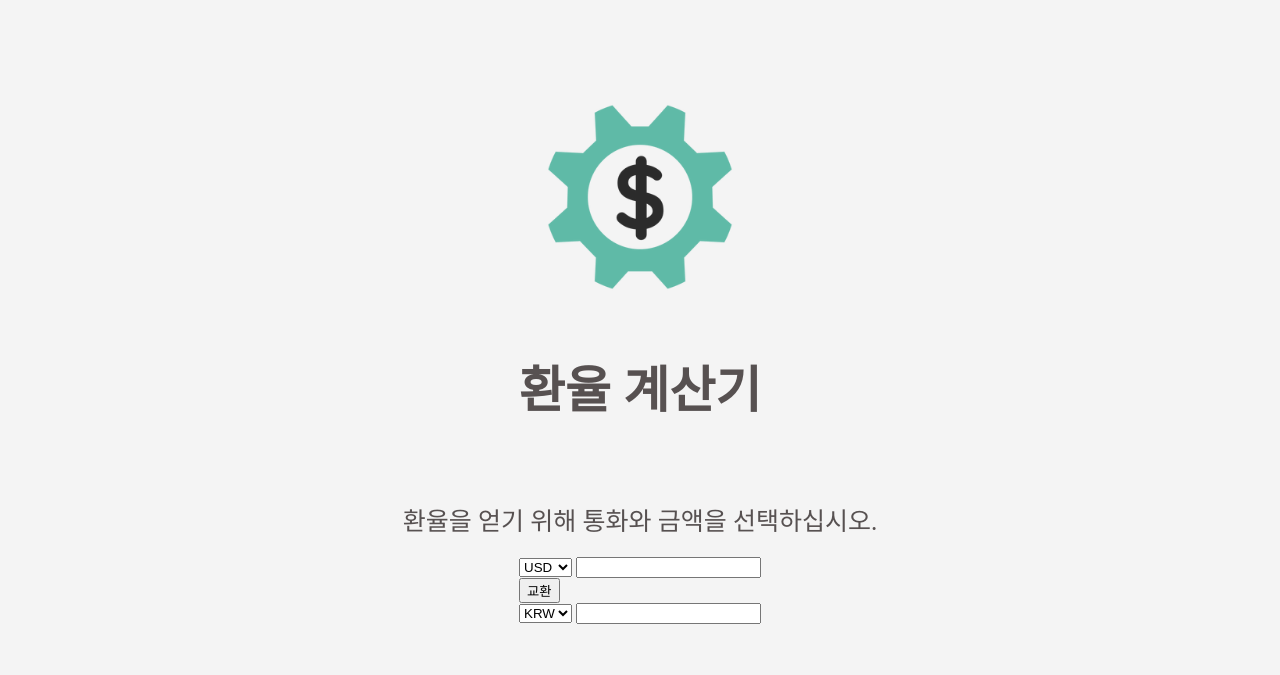
Repository: AbrorjonKuchkarov/exchange-rate
Page: index.html
The author's editor kept a copy of each file at every save. The page is drawn from the files as they stood at one save, then again after the next save.
The browser window is 1280 px wide. The pictures show the whole page.

Above is the page before, as saved 2022-02-24 01:19:51.

### index.html
<!DOCTYPE html>
<html lang="en">
<head>
   <meta charset="UTF-8">
   <meta http-equiv="X-UA-Compatible" content="IE=edge">
   <meta name="viewport" content="width=device-width, initial-scale=1.0">
<link rel="stylesheet" href="style.css">
   <title>환율</title>
</head>
<body>
   <img src="img/money.png" alt="">
   <h1>환율 계산기 </h1>
   <p>환율을 얻기 위해 통화와 금액을 선택하십시오.</p>

   <div class="container">
      <div class="currency">
         <select id="selectOne">
            <option value="AED">AED</option>
            <option value="ARS">ARS</option>
            <option value="AUD">AUD</option>
            <option value="BGN">BGN</option>
            <option value="BRL">BRL</option>
            <option value="BSD">BSD</option>
            <option value="CAD">CAD</option>
            <option value="CHF">CHF</option>
            <option value="CLP">CLP</option>
            <option value="CNY">CNY</option>
            <option value="COP">COP</option>
            <option value="CZK">CZK</option>
            <option value="DKK">DKK</option>
            <option value="DOP">DOP</option>
            <option value="EGP">EGP</option>
            <option value="EUR">EUR</option>
            <option value="FJD">FJD</option>
            <option value="GBP">GBP</option>
            <option value="GTQ">GTQ</option>
            <option value="HKD">HKD</option>
            <option value="HRK">HRK</option>
            <option value="HUF">HUF</option>
            <option value="IDR">IDR</option>
            <option value="ILS">ILS</option>
            <option value="INR">INR</option>
            <option value="ISK">ISK</option>
            <option value="JPY">JPY</option>
            <option value="KRW">KRW</option>
            <option value="KZT">KZT</option>
            <option value="MXN">MXN</option>
            <option value="MYR">MYR</option>
            <option value="NOK">NOK</option>
            <option value="NZD">NZD</option>
            <option value="PAB">PAB</option>
            <option value="PEN">PEN</option>
            <option value="PHP">PHP</option>
            <option value="PKR">PKR</option>
            <option value="PLN">PLN</option>
            <option value="PYG">PYG</option>
            <option value="RON">RON</option>
            <option value="RUB">RUB</option>
            <option value="SAR">SAR</option>
            <option value="SEK">SEK</option>
            <option value="SGD">SGD</option>
            <option value="THB">THB</option>
            <option value="TRY">TRY</option>
            <option value="TWD">TWD</option>
            <option value="UAH">UAH</option>
            <option value="USD" selected>USD</option>
            <option value="UYU">UYU</option>
            <option value="VND">VND</option>
            <option value="ZAR">ZAR</option>
         </select>
         <input type="number" class="inputOne" >
      </div>

      <div class="swap">
         <button class="btn">교환</button>
         <div class="rate"></div>
      </div>

      <div class="currency">
         <select id="selectTwo">
         <option value="AED">AED</option>
         <option value="ARS">ARS</option>
         <option value="AUD">AUD</option>
         <option value="BGN">BGN</option>
         <option value="BRL">BRL</option>
         <option value="BSD">BSD</option>
         <option value="CAD">CAD</option>
         <option value="CHF">CHF</option>
         <option value="CLP">CLP</option>
         <option value="CNY">CNY</option>
         <option value="COP">COP</option>
         <option value="CZK">CZK</option>
         <option value="DKK">DKK</option>
         <option value="DOP">DOP</option>
         <option value="EGP">EGP</option>
         <option value="EUR">EUR</option>
         <option value="FJD">FJD</option>
         <option value="GBP">GBP</option>
         <option value="GTQ">GTQ</option>
         <option value="HKD">HKD</option>
         <option value="HRK">HRK</option>
         <option value="HUF">HUF</option>
         <option value="IDR">IDR</option>
         <option value="ILS">ILS</option>
         <option value="INR">INR</option>
         <option value="ISK">ISK</option>
         <option value="JPY">JPY</option>
         <option value="KRW" selected>KRW</option>
         <option value="KZT">KZT</option>
         <option value="MXN">MXN</option>
         <option value="MYR">MYR</option>
         <option value="NOK">NOK</option>
         <option value="NZD">NZD</option>
         <option value="PAB">PAB</option>
         <option value="PEN">PEN</option>
         <option value="PHP">PHP</option>
         <option value="PKR">PKR</option>
         <option value="PLN">PLN</option>
         <option value="PYG">PYG</option>
         <option value="RON">RON</option>
         <option value="RUB">RUB</option>
         <option value="SAR">SAR</option>
         <option value="SEK">SEK</option>
         <option value="SGD">SGD</option>
         <option value="THB">THB</option>
         <option value="TRY">TRY</option>
         <option value="TWD">TWD</option>
         <option value="UAH">UAH</option>
         <option value="USD">USD</option>
         <option value="UYU">UYU</option>
         <option value="VND">VND</option>
         <option value="ZAR">ZAR</option>
      </select>
      <input type="number" class="inputTwo" >
      </div>
   </div>




   <script src="app.js"></script>
</body>
</html>

### style.css
*{
   box-sizing: border-box;
}

body {
   margin: 0;
   display: flex;
   flex-direction: column;
   align-items: center;
   justify-content: center;
   height: 100vh;
   background-color: #f4f4f4;
   padding: 10px;
}

img {
   width: 200px;
}

h1{
   font-size: 50px;
   color: #575151;
   padding: 20px 0;
}

p{
   color: #575151;
   font-size: 25px;
   margin-bottom: 20px;
}

Loaded but not shown: app.js (no copy from this time; the picture is the same without it)

After the next save:
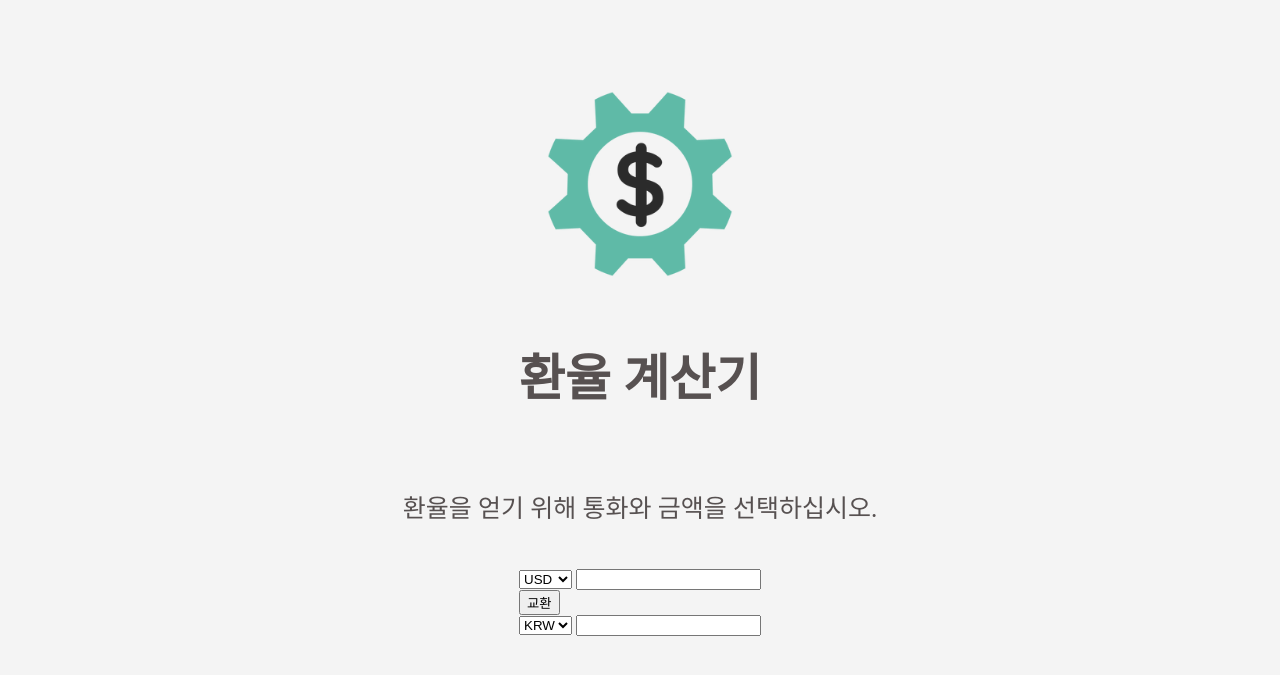
Saved 21 s later.
--- a/style.css
+++ b/style.css
@@ -26,5 +26,5 @@ h1{
 p{
    color: #575151;
    font-size: 25px;
-   margin-bottom: 20px;
+   padding-bottom: 20px;
 }
